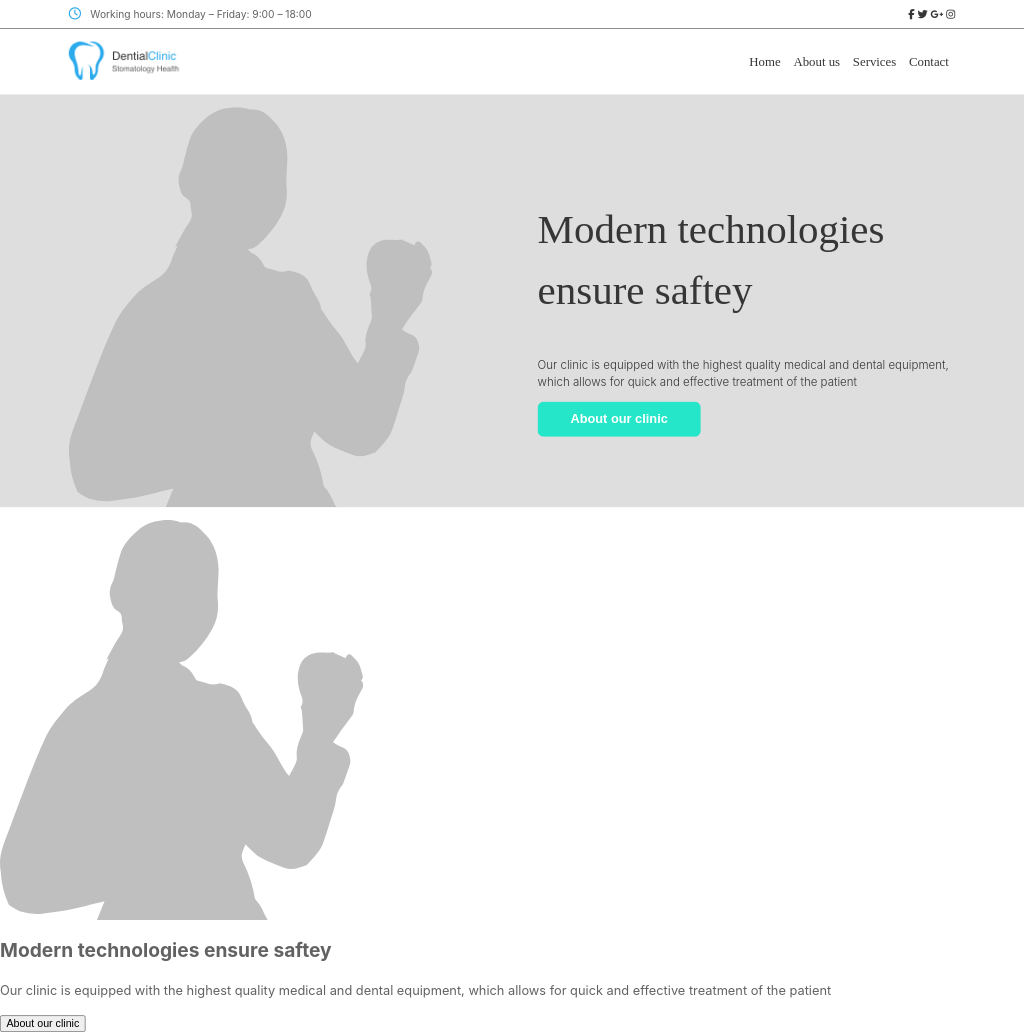
Repository: skepp4rn/uppgift1
Page: index.html
The author's editor kept a copy of each file at every save. The page is drawn from the files as they stood at one save, then again after the next save.
The browser window is 1280 px wide. The pictures show the whole page, at 80% of full size.
Some web libraries are served in a nearby version.

Above is the page before, as saved 2020-11-20 17:00:31.

After the next save:
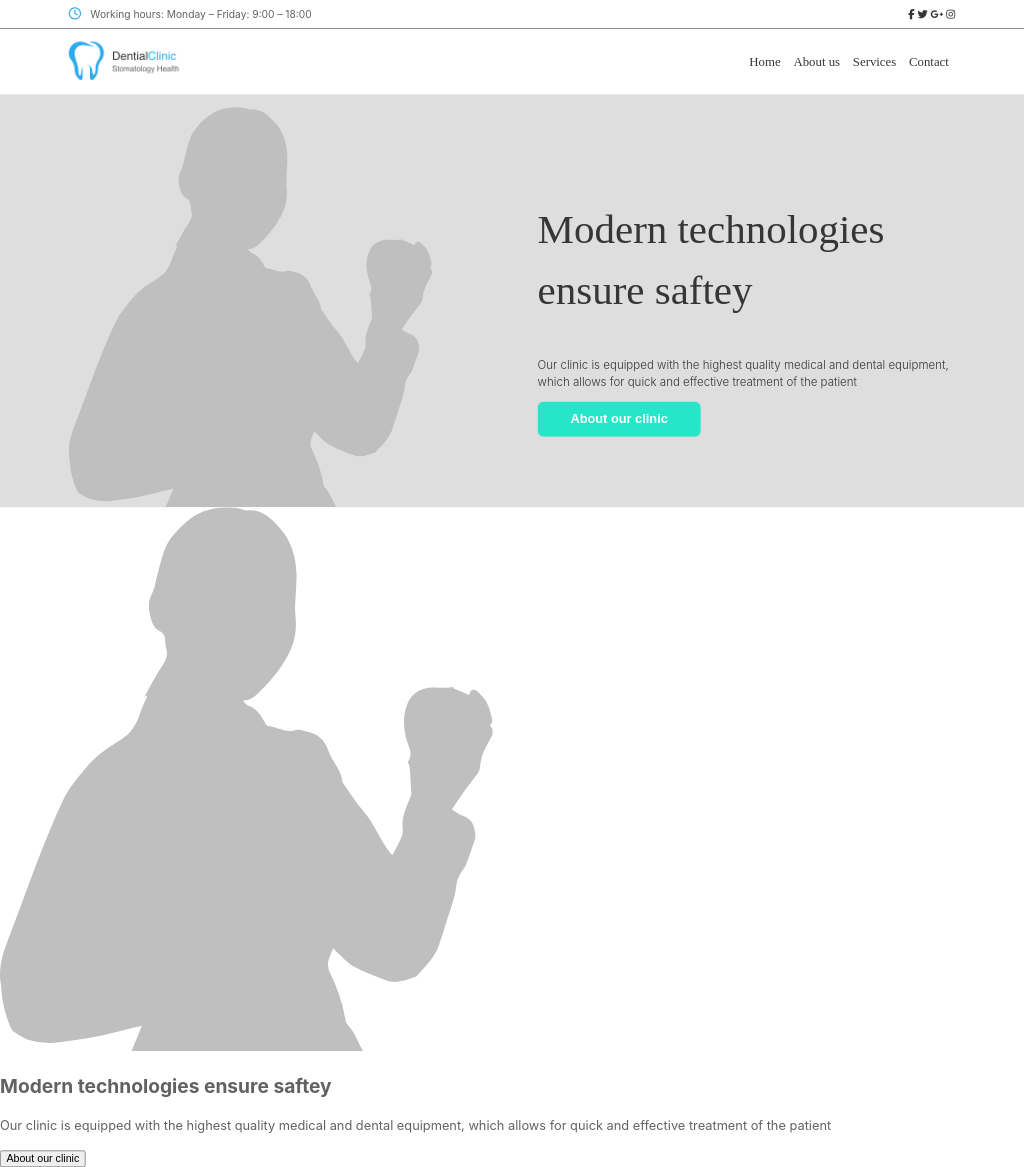
Saved 31 s later.
--- a/style.css
+++ b/style.css
@@ -184,20 +184,6 @@ a:hover {
 }
 
 
-#showcasedown .containerdown {
-    display: grid;
-    grid-template-columns: 1fr;
-    column-gap: 4rem;
-    align-self: center;
-
-
-}
-
-#showcasedown .containerdown img {
-    height: 500px;
-    margin-top: 1rem;
-
-}
 
 
 
